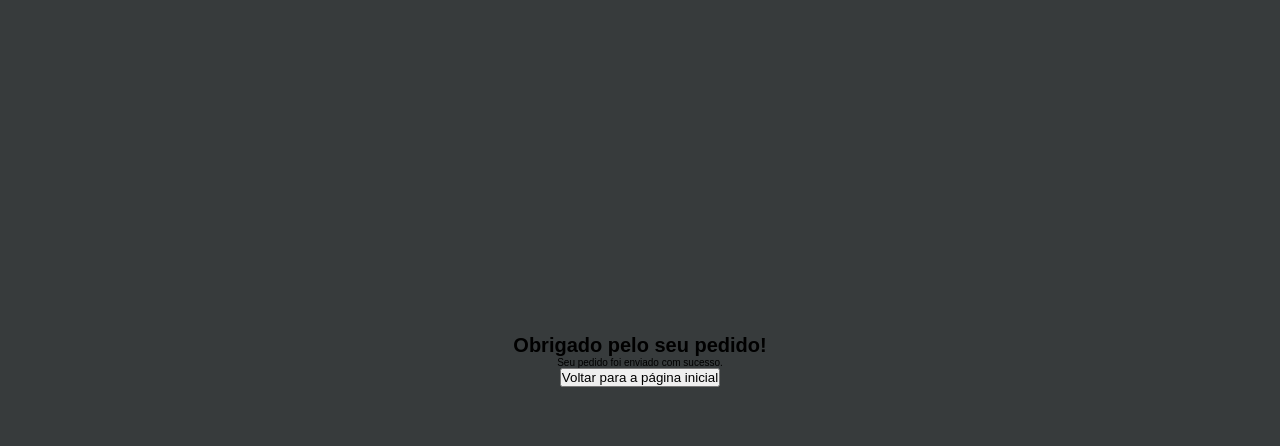
Repository: Marinalr-25/Projeto-Aparelhos-de-Academia
Page: thanks.html
An editor plug-in stored every save of this project. The page is shown before and after the next save, followed by the edit.
The browser window is 1280 px wide. The pictures show the whole page.

Above is the page before, as saved 2025-01-14 14:13:27.

After the next save:
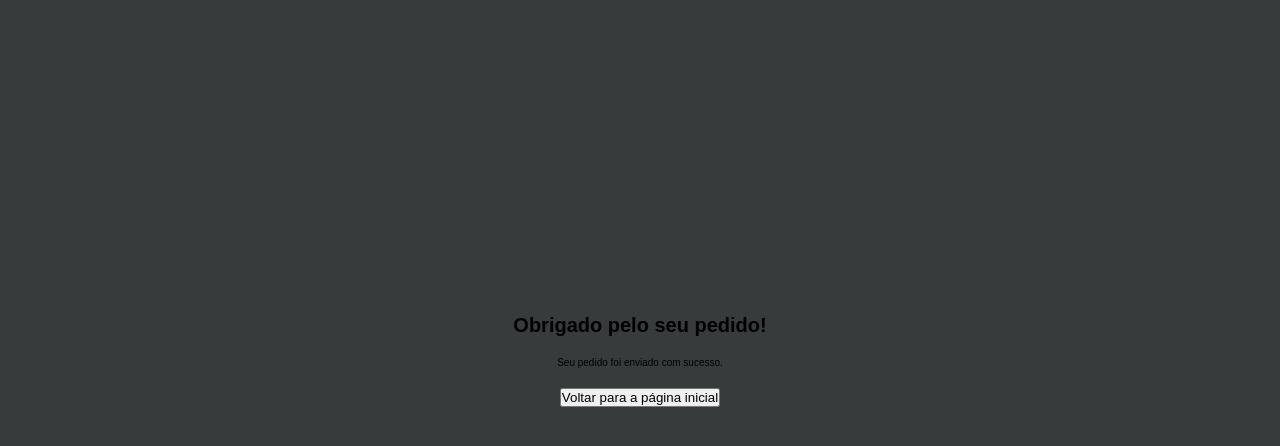
Saved 16 s later.
--- a/css/thanks.css
+++ b/css/thanks.css
@@ -15,5 +15,6 @@ body {
   flex-direction: column;
   justify-content: center;
   align-items: center;
+  gap: 2rem;
   height: 100svh;
 }
